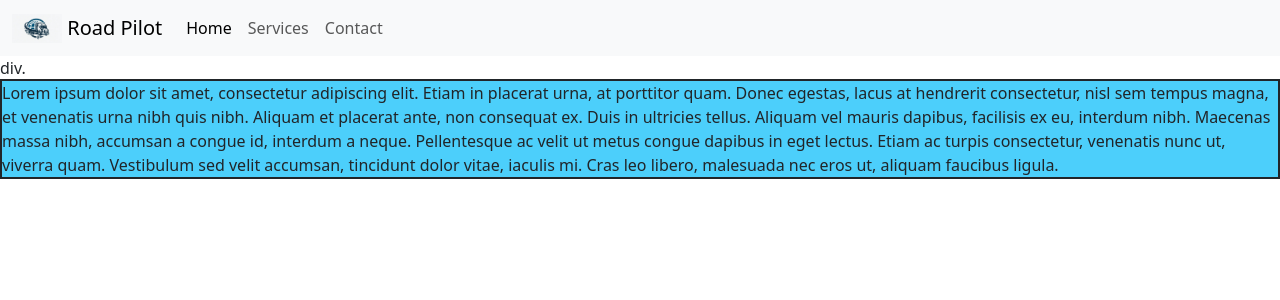
Repository: VictoriousMango/WebCreator
Page: index.html
An editor plug-in stored every save of this project. The page is shown before and after a run of saves, followed by the edit.
The browser window is 1280 px wide. The pictures show the whole page.

Above is the page before, as saved 2024-11-09 13:32:29.

### index.html
<!DOCTYPE html>
<html lang="en">

<head>
    <meta charset="UTF-8">
    <meta name="viewport" content="width=device-width, initial-scale=1.0">
    <title>Web Creator</title>
    <link href="https://cdn.jsdelivr.net/npm/bootstrap@5.3.3/dist/css/bootstrap.min.css" rel="stylesheet"
        integrity="sha384-QWTKZyjpPEjISv5WaRU9OFeRpok6YctnYmDr5pNlyT2bRjXh0JMhjY6hW+ALEwIH" crossorigin="anonymous">
    <link rel="stylesheet" href="./assets/css/index.css">
</head>

<body>
    <!-- Navbar -->
    <nav class="navbar navbar-expand-lg bg-body-tertiary">
        <div class="container-fluid">
            <a class="navbar-brand" href="#">
                <img src="./assets/images/Logo.png" alt="Logo" width="50px" class="d-inline-block align-text-top">
                Road Pilot
            </a>
            <button class="navbar-toggler" type="button" data-bs-toggle="collapse" data-bs-target="#navbarNav"
                aria-controls="navbarNav" aria-expanded="false" aria-label="Toggle navigation">
                <span class="navbar-toggler-icon"></span>
            </button>
            <div class="collapse navbar-collapse" id="navbarNav">
                <ul class="navbar-nav">
                    <li class="nav-item">
                        <a class="nav-link active" aria-current="page" href="#">Home</a>
                    </li>
                    <li class="nav-item">
                        <a class="nav-link" href="./pages/services.html">Services</a>
                    </li>
                    <li class="nav-item">
                        <a class="nav-link" href="./pages/contact.html">Contact</a>
                    </li>
                </ul>
            </div>
        </div>
    </nav>
    <!-- NavBar -->
    <main>
        <div class="home__banner"></div>
        <div class="home__about"></div>
        <div class="home__service"></div>
        div.
    </main>
    <footer>
        Lorem ipsum dolor sit amet, consectetur adipiscing elit. Etiam in placerat urna, at porttitor quam. Donec egestas, lacus at hendrerit consectetur, nisl sem tempus magna, et venenatis urna nibh quis nibh. Aliquam et placerat ante, non consequat ex. Duis in ultricies tellus. Aliquam vel mauris dapibus, facilisis ex eu, interdum nibh. Maecenas massa nibh, accumsan a congue id, interdum a neque. Pellentesque ac velit ut metus congue dapibus in eget lectus. Etiam ac turpis consectetur, venenatis nunc ut, viverra quam. Vestibulum sed velit accumsan, tincidunt dolor vitae, iaculis mi. Cras leo libero, malesuada nec eros ut, aliquam faucibus ligula.
    </footer>
    <!-- Scripts -->
    <script src="https://cdn.jsdelivr.net/npm/bootstrap@5.3.3/dist/js/bootstrap.bundle.min.js"
        integrity="sha384-YvpcrYf0tY3lHB60NNkmXc5s9fDVZLESaAA55NDzOxhy9GkcIdslK1eN7N6jIeHz"
        crossorigin="anonymous"></script>
    <script src="https://cdn.jsdelivr.net/npm/@popperjs/core@2.11.8/dist/umd/popper.min.js"
        integrity="sha384-I7E8VVD/ismYTF4hNIPjVp/Zjvgyol6VFvRkX/vR+Vc4jQkC+hVqc2pM8ODewa9r"
        crossorigin="anonymous"></script>
    <script src="https://cdn.jsdelivr.net/npm/bootstrap@5.3.3/dist/js/bootstrap.min.js"
        integrity="sha384-0pUGZvbkm6XF6gxjEnlmuGrJXVbNuzT9qBBavbLwCsOGabYfZo0T0to5eqruptLy"
        crossorigin="anonymous"></script>
</body>

</html>

### assets/css/index.css
footer {
    position: relative;
    bottom: 1px;
    border: 2px solid;
    background-color: rgba(0, 187, 249, 0.7);
}

After the next 2 saves:
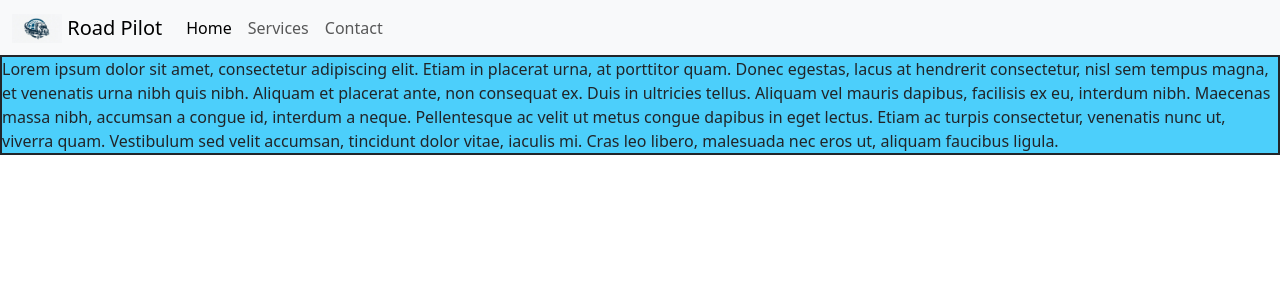
The 2 saves are shown as one change because they came seconds apart.
The last was saved 15 s later.
--- a/index.html
+++ b/index.html
@@ -42,7 +42,8 @@
         <div class="home__banner"></div>
         <div class="home__about"></div>
         <div class="home__service"></div>
-        div.
+        <div class="home__whyChooseUs"></div>
+
     </main>
     <footer>
         Lorem ipsum dolor sit amet, consectetur adipiscing elit. Etiam in placerat urna, at porttitor quam. Donec egestas, lacus at hendrerit consectetur, nisl sem tempus magna, et venenatis urna nibh quis nibh. Aliquam et placerat ante, non consequat ex. Duis in ultricies tellus. Aliquam vel mauris dapibus, facilisis ex eu, interdum nibh. Maecenas massa nibh, accumsan a congue id, interdum a neque. Pellentesque ac velit ut metus congue dapibus in eget lectus. Etiam ac turpis consectetur, venenatis nunc ut, viverra quam. Vestibulum sed velit accumsan, tincidunt dolor vitae, iaculis mi. Cras leo libero, malesuada nec eros ut, aliquam faucibus ligula.

After the save that followed:
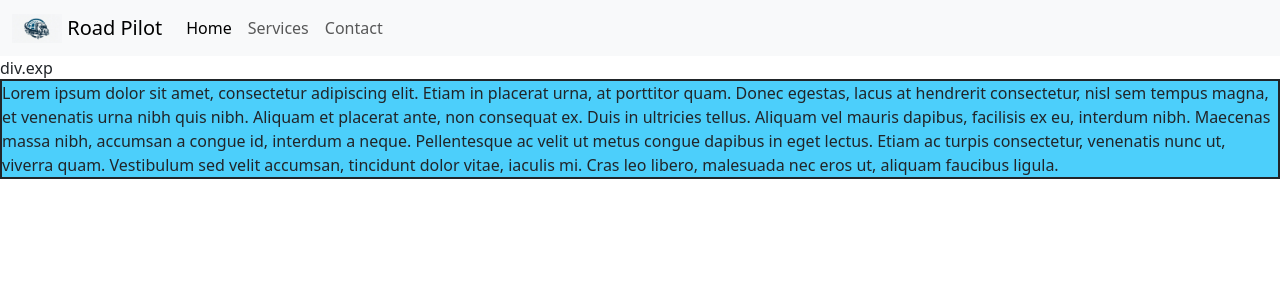
Saved 16 s later.
--- a/index.html
+++ b/index.html
@@ -43,7 +43,7 @@
         <div class="home__about"></div>
         <div class="home__service"></div>
         <div class="home__whyChooseUs"></div>
-
+        div.exp
     </main>
     <footer>
         Lorem ipsum dolor sit amet, consectetur adipiscing elit. Etiam in placerat urna, at porttitor quam. Donec egestas, lacus at hendrerit consectetur, nisl sem tempus magna, et venenatis urna nibh quis nibh. Aliquam et placerat ante, non consequat ex. Duis in ultricies tellus. Aliquam vel mauris dapibus, facilisis ex eu, interdum nibh. Maecenas massa nibh, accumsan a congue id, interdum a neque. Pellentesque ac velit ut metus congue dapibus in eget lectus. Etiam ac turpis consectetur, venenatis nunc ut, viverra quam. Vestibulum sed velit accumsan, tincidunt dolor vitae, iaculis mi. Cras leo libero, malesuada nec eros ut, aliquam faucibus ligula.
